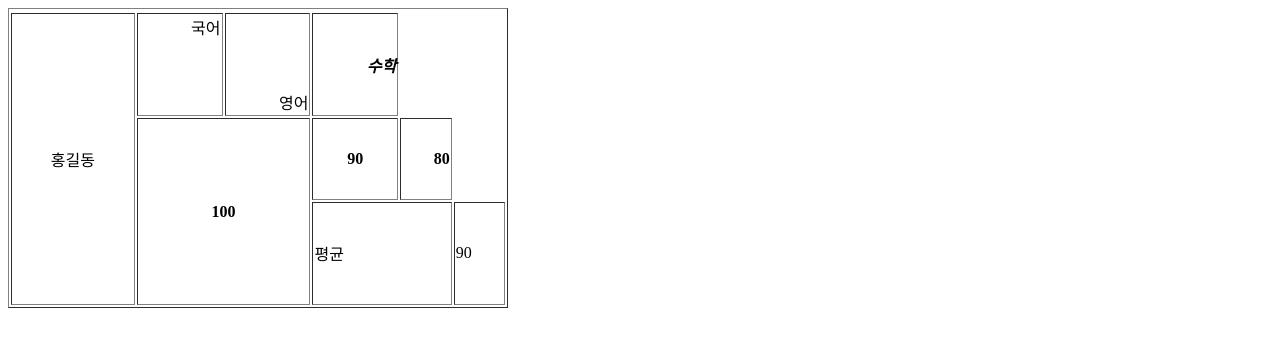
Repository: bjKim2/JSP
Page: HTML/src/main/webapp/Lec03.html
An editor plug-in stored every save of this project. The page is shown before and after the next save, followed by the edit.
The browser window is 1280 px wide. The pictures show the whole page.

Above is the page before, as saved 2022-03-15 02:29:31.

### HTML/src/main/webapp/Lec03.html
<!DOCTYPE html>
<html>
	<head>
		<meta charset="UTF-8">
		<title>Insert title here</title>
	</head>
	<body>
		<table border = '1' width = "500" height = "300">
			<tr>

			</tr>

			<tr align = "right">
				<td rowspan = "3" align = "center"> 홍길동 </td>
				<td valign = "top">국어</td>
				<td valign = "bottom">영어</td>
				<td valign = "middle"><i><b>수학</b></i></td>
			</tr>
			<tr>
				<th rowspan = "2" colspan = "2">100</th>
				<th  align = "center">90</th>
				<th align = "right">80</th>

			</tr>
			<tr>

				<td colspan = "2">평균</td>
				<td>90</td>


			</tr>


		</table>
	</body>
</html>

After the next save:
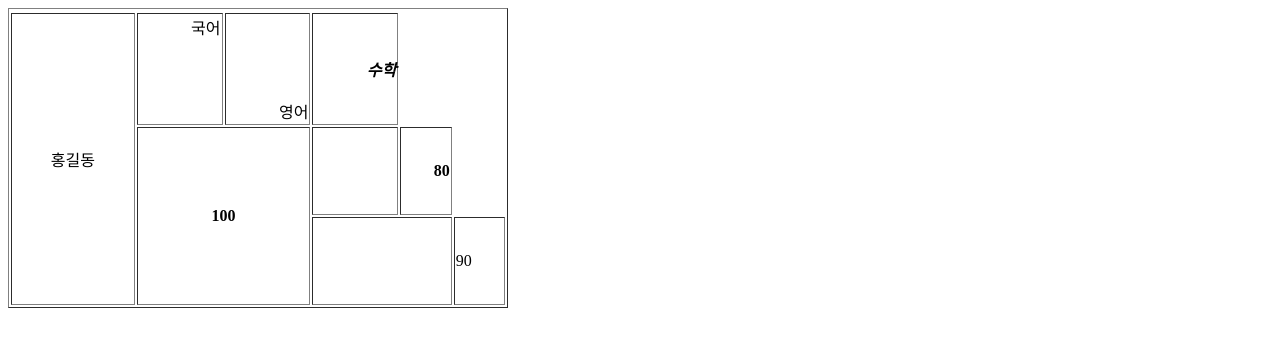
Saved 40 s later.
--- a/HTML/src/main/webapp/Lec03.html
+++ b/HTML/src/main/webapp/Lec03.html
@@ -18,13 +18,13 @@
 			</tr>
 			<tr>
 				<th rowspan = "2" colspan = "2">100</th>
-				<th  align = "center">90</th>
+				<th  align = "center"></th>
 				<th align = "right">80</th>
 
 			</tr>
 			<tr>
 
-				<td colspan = "2">평균</td>
+				<td colspan = "2"></td>
 				<td>90</td>
 
 
